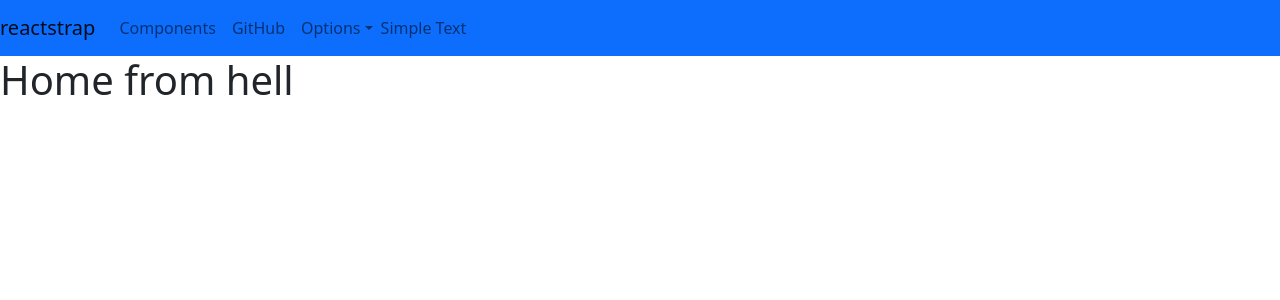
Repository: thf4/React-Front
Page: /
The author's editor kept a copy of each file at every save. The page is drawn from the files as they stood at one save, then again after the next save.
The browser window is 1280 px wide. The pictures show the whole page.
The project was rebuilt for these pictures with package versions that can differ from the ones it lists, and the page was loaded fresh each time. Also part of the build but not shown: src/pages/Vizualizar/index.js, src/pages/Cadastrar/index.js, src/pages/Editar/index.js.

Above is the page before, as saved 2021-05-07 09:05:01.

### src/App.js
import React from "react";
import { BrowserRouter as Router, Switch, Route } from "react-router-dom";
import { Home } from "./pages/Home/";
import { View } from "./pages/Vizualizar/";
import { Cadastrar } from "./pages/Cadastrar/";
import { Editar } from "./pages/Editar/";
import { Menu } from "./components/Menu";
import 'bootstrap/dist/css/bootstrap.min.css';
function App() {
  return (
    <div>
      <Menu />
      <Router>
        <Switch>
          <Route exact path="/" component={Home} />
          <Route path="/view" component={View} />
          <Route path="/cadastrar" component={Cadastrar} />
          <Route path="/editar" component={Editar} />
        </Switch>
      </Router>
    </div>
  );
}

export default App;

### src/pages/Home/index.js
import React from "react"

export const Home = () =>{
  return  (
    <div>
      <h1> Home from hell </h1>
    </div>
  )
}

### src/components/Menu.js
import React, { useState } from "react";
import {
  Collapse,
  Navbar,
  NavbarToggler,
  NavbarBrand,
  Nav,
  NavItem,
  NavLink,
  UncontrolledDropdown,
  DropdownToggle,
  DropdownMenu,
  DropdownItem,
  NavbarText,
  Container,
} from "reactstrap";
export const Menu = (props) => {
  const [isOpen, setIsOpen] = useState(false);

  const toggle = () => setIsOpen(!isOpen);
  return (
    <div>
       <Navbar color="primary" light expand="md">
        <NavbarBrand href="/">reactstrap</NavbarBrand>
        <NavbarToggler onClick={toggle} />
        <Collapse isOpen={isOpen} navbar>
          <Nav className="mr-auto" navbar>
            <NavItem>
              <NavLink href="/components/">Components</NavLink>
            </NavItem>
            <NavItem>
              <NavLink href="https://github.com/reactstrap/reactstrap">GitHub</NavLink>
            </NavItem>
            <UncontrolledDropdown nav inNavbar>
              <DropdownToggle nav caret>
                Options
              </DropdownToggle>
              <DropdownMenu right>
                <DropdownItem>
                  Option 1
                </DropdownItem>
                <DropdownItem>
                  Option 2
                </DropdownItem>
                <DropdownItem divider />
                <DropdownItem>
                  Reset
                </DropdownItem>
              </DropdownMenu>
            </UncontrolledDropdown>
          </Nav>
          <NavbarText>Simple Text</NavbarText>
        </Collapse>
      </Navbar>
    </div>
  );
};

Loaded but not shown: public/index.html (common file); src/index.js (common file); src/index.css (common file); src/reportWebVitals.js (common file)

After the next save:
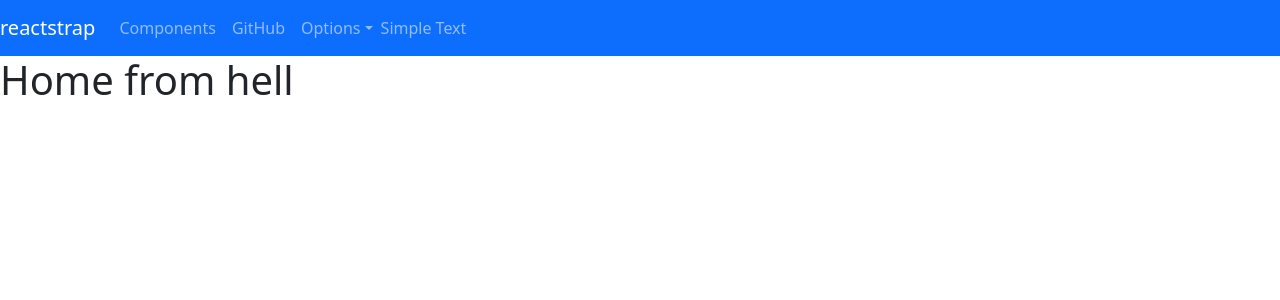
Saved 8 s later.
--- a/src/components/Menu.js
+++ b/src/components/Menu.js
@@ -20,7 +20,7 @@ export const Menu = (props) => {
   const toggle = () => setIsOpen(!isOpen);
   return (
     <div>
-       <Navbar color="primary" light expand="md">
+       <Navbar color="primary" dark expand="md">
         <NavbarBrand href="/">reactstrap</NavbarBrand>
         <NavbarToggler onClick={toggle} />
         <Collapse isOpen={isOpen} navbar>
